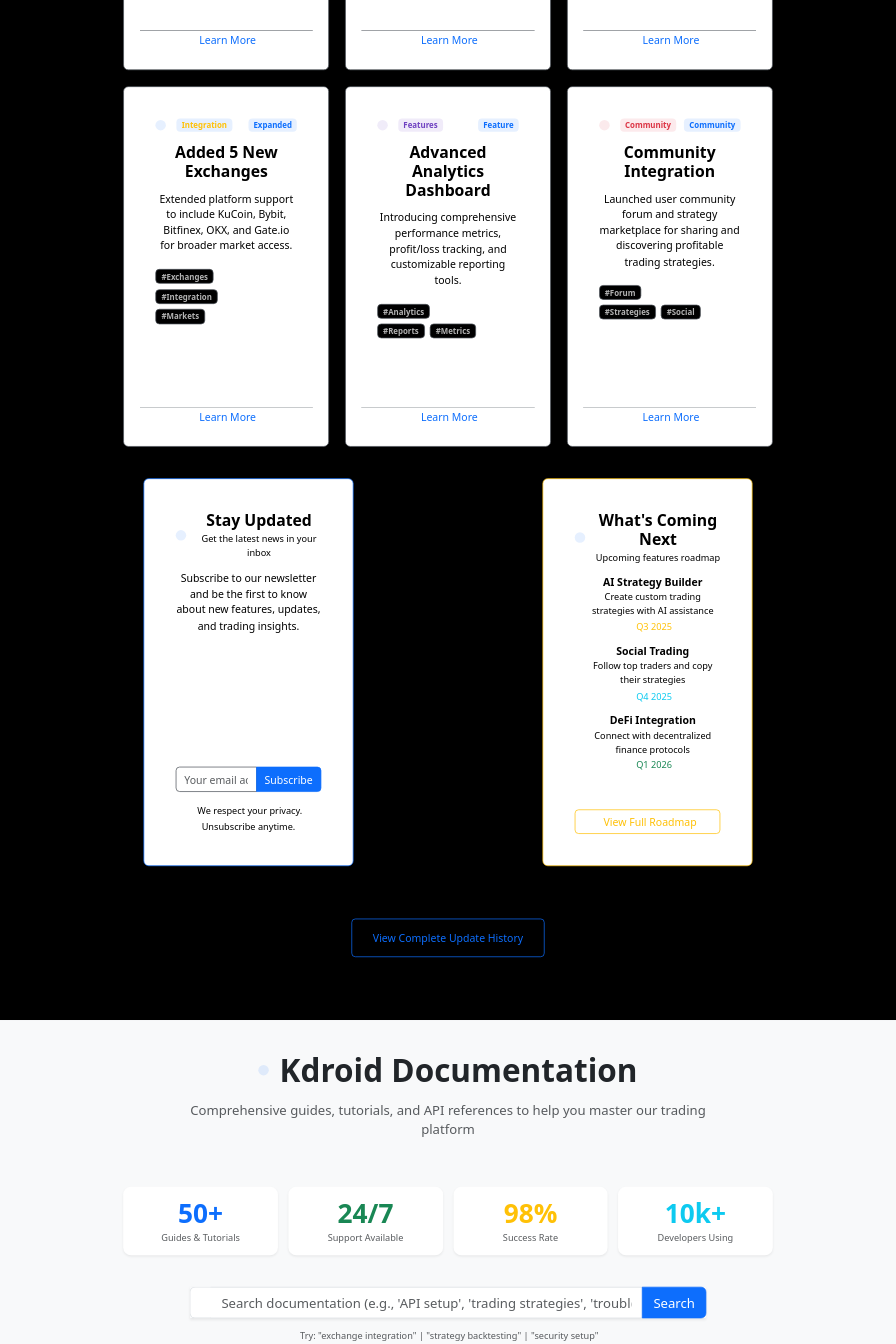
Repository: Kevin-Pro-Codes/halo-trading
Page: /
The author's editor kept a copy of each file at every save. The page is drawn from the files as they stood at one save, then again after the next save.
The browser window is 1280 px wide. The pictures show the part of the page from y = 3995 to 5915 px (the page is 19738 px tall), at 70% of full size.
The page's requests for data from a server got no answer. The project was rebuilt for these pictures with package versions that can differ from the ones it lists, and the page was loaded fresh each time. Some packages were replaced by stand-ins written for this rebuild. No one was signed in, and anything a server would have sent is missing. Also part of the build but not shown: vite.config.js, src/styles/DocStyle.css, src/styles/PricingStyle.css.

Above is the page before, as saved 2025-12-09 19:32:48.

After the next save:
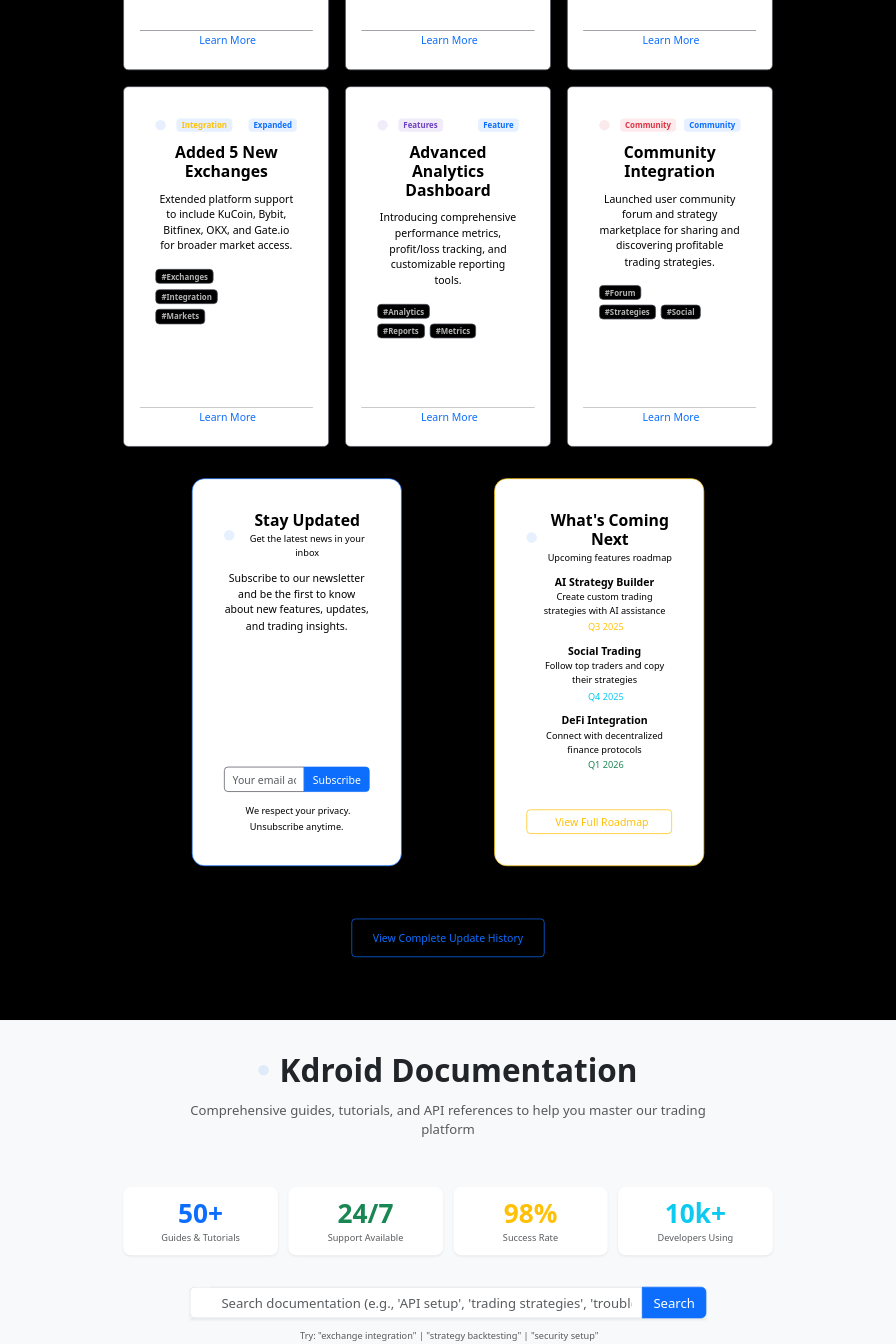
Saved 4 min 15 s later.
--- a/src/components/LatestSection.jsx
+++ b/src/components/LatestSection.jsx
@@ -201,15 +201,16 @@ const LatestSection = () => {
           </div>
         </div>
 
-    {/* Two Boxes at Bottom - Adjusted for wider size */}
+{/* Two Boxes at Bottom - Wider and Closer */}
 <div className="row justify-content-center mt-5">
-  <div className="col-xxl-11 col-lg-12"> {/* CHANGED: Increased width by using col-xxl-11 and col-lg-12 */}
-    <div className="row g-4">
+  <div className="col-xxl-10 col-xl-11 col-lg-12 mx-auto">
+    <div className="row g-3 justify-content-center">
 
       {/* Left Box: Newsletter */}
-      <div className="col-lg-6">
-        <div className="card border-primary bg-white h-100">
+      <div className="col-lg-6 col-xl-5">
+        <div className="card border-primary bg-white h-100 shadow-sm" style={{ borderRadius: "18px" }}>
           <div className="card-body p-4 d-flex flex-column">
+
             <div className="d-flex align-items-center mb-3">
               <div className="bg-primary bg-opacity-10 p-2 rounded-circle me-3">
                 <i className="bi bi-bell-fill text-black fs-4"></i>
@@ -230,11 +231,8 @@ const LatestSection = () => {
                   type="email"
                   className="form-control border-secondary"
                   placeholder="Your email address"
-                  style={{ backgroundColor: '#ffffff' }}
                 />
-                <button className="btn btn-primary">
-                  Subscribe
-                </button>
+                <button className="btn btn-primary">Subscribe</button>
               </div>
               <small className="text-black">
                 <i className="bi bi-shield-check me-1"></i>
@@ -246,9 +244,10 @@ const LatestSection = () => {
       </div>
 
       {/* Right Box: Roadmap */}
-      <div className="col-lg-6">
-        <div className="card border-warning bg-white h-100">
+      <div className="col-lg-6 col-xl-5">
+        <div className="card border-warning bg-white h-100 shadow-sm" style={{ borderRadius: "18px" }}>
           <div className="card-body p-4 d-flex flex-column">
+
             <div className="d-flex align-items-center mb-3">
               <div className="bg-warning bg-opacity-10 p-2 rounded-circle me-3">
                 <i className="bi bi-map text-warning fs-4"></i>
@@ -261,9 +260,7 @@ const LatestSection = () => {
 
             <div className="mb-4">
               <div className="d-flex align-items-start mb-3">
-                <div className="text-warning me-3 mt-1">
-                  <i className="bi bi-circle-fill"></i>
-                </div>
+                <div className="text-warning me-3 mt-1"><i className="bi bi-circle-fill"></i></div>
                 <div>
                   <h6 className="fw-bold mb-1 text-black">AI Strategy Builder</h6>
                   <p className="text-black small mb-0">Create custom trading strategies with AI assistance</p>
@@ -272,9 +269,7 @@ const LatestSection = () => {
               </div>
 
               <div className="d-flex align-items-start mb-3">
-                <div className="text-info me-3 mt-1">
-                  <i className="bi bi-circle-fill"></i>
-                </div>
+                <div className="text-info me-3 mt-1"><i className="bi bi-circle-fill"></i></div>
                 <div>
                   <h6 className="fw-bold mb-1 text-black">Social Trading</h6>
                   <p className="text-black small mb-0">Follow top traders and copy their strategies</p>
@@ -283,9 +278,7 @@ const LatestSection = () => {
               </div>
 
               <div className="d-flex align-items-start">
-                <div className="text-success me-3 mt-1">
-                  <i className="bi bi-circle-fill"></i>
-                </div>
+                <div className="text-success me-3 mt-1"><i className="bi bi-circle-fill"></i></div>
                 <div>
                   <h6 className="fw-bold mb-1 text-black">DeFi Integration</h6>
                   <p className="text-black small mb-0">Connect with decentralized finance protocols</p>
@@ -303,9 +296,11 @@ const LatestSection = () => {
           </div>
         </div>
       </div>
+
     </div>
   </div>
 </div>
+
 
         {/* View All Button - Adjusted for bottom position */}
         <div className="row justify-content-center mt-5 py-5"> {/* CHANGED: Increased top margin to mt-5 and added vertical padding with py-5 */}
